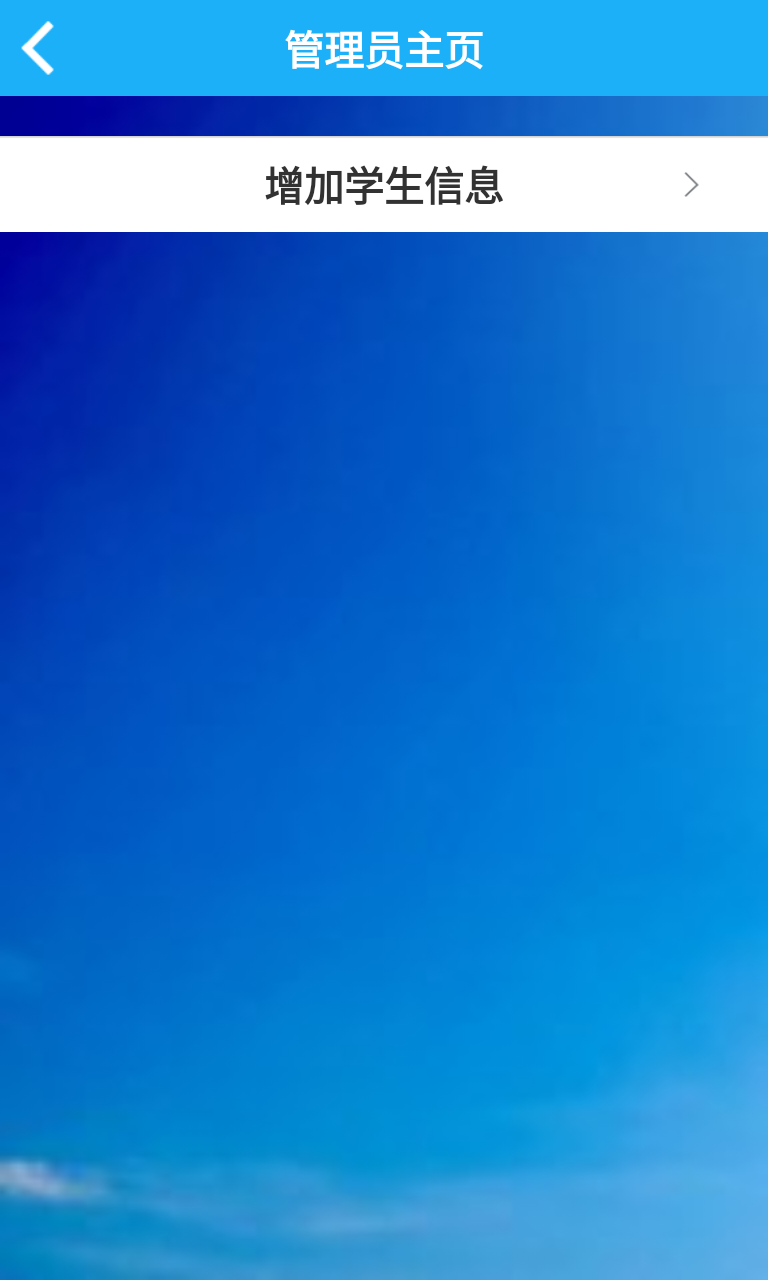
Repository: 15862175370/MyProject
Layout: 毕业设计系统源码_李伟/client/TeachSystem/res/layout/administrator_center.xml
These files come from the project's save history. The layout is drawn as it stood at one moment and after the next save; the edit follows.
It is drawn on a 768 x 1280 px phone screen (xhdpi) without system bars, with theme AppTheme; the app's code is not run.

Above is the layout before, as saved 2016-05-20 07:54:35.

### 毕业设计系统源码_李伟/client/TeachSystem/res/layout/administrator_center.xml
<?xml version="1.0" encoding="utf-8"?>
<LinearLayout xmlns:android="http://schemas.android.com/apk/res/android"
    android:layout_width="match_parent"
    android:layout_height="match_parent"
    android:background="@drawable/ad"
    android:orientation="vertical" >
        <!-- 标题栏 -->

    <RelativeLayout
        android:id="@+id/bjmgf_sdk_dock_pay_center_title_LayoutId"
        android:layout_width="match_parent"
        android:layout_height="48dp"
        android:background="#1bb0f8" >

        <RelativeLayout
            android:id="@+id/bjmgf_sdk_dock_pay_center_closeLlId"
            android:layout_width="wrap_content"
            android:layout_height="wrap_content"
            android:layout_alignParentLeft="true"
            android:layout_centerVertical="true"
            android:paddingBottom="10dp"
            android:paddingLeft="10dp"
            android:paddingRight="20dp"
            android:paddingTop="10dp" >

            <ImageView
                android:id="@+id/bjmgf_sdk_closeAboutBtnId"
                android:layout_width="wrap_content"
                android:layout_height="wrap_content"
                android:layout_centerVertical="true"
                android:src="@drawable/bjmgf_sdk_back" />
        </RelativeLayout>

        <TextView
            android:id="@+id/bjmgf_sdk_messageTextViewId"
            android:layout_width="wrap_content"
            android:layout_height="wrap_content"
            android:layout_centerInParent="true"
            android:gravity="center"
            android:text="管理员主页"
            android:textColor="#ffffff"
            android:textSize="20sp"
            android:textStyle="bold" />
    </RelativeLayout>

    <RelativeLayout
        android:layout_marginTop="20dp"
        android:id="@+id/select"
        android:layout_width="match_parent"
        android:layout_height="48dp"
       android:background="@drawable/username" >

        <RelativeLayout
            android:id="@+id/se"
            android:layout_width="wrap_content"
            android:layout_height="wrap_content"
            android:layout_alignParentRight="true"
            android:layout_centerVertical="true"
            android:paddingBottom="10dp"
            android:paddingLeft="10dp"
            android:paddingRight="20dp"
            android:paddingTop="10dp" >

            <ImageView

                android:layout_width="wrap_content"
                android:layout_height="wrap_content"
                android:layout_centerVertical="true"
                android:src="@drawable/below" />
        </RelativeLayout>

        <TextView
            android:id="@+id/bjmgf_"
            android:layout_width="wrap_content"
            android:layout_height="wrap_content"
            android:layout_centerInParent="true"
            android:gravity="center"
            android:text="增加学生信息"
            android:textSize="20sp"
            android:textStyle="bold" />
    </RelativeLayout>

</LinearLayout>

Loaded but not shown: 毕业设计系统源码_李伟/client/TeachSystem/res/values/styles.xml (common file); 毕业设计系统源码_李伟/client/TeachSystem/res/values-v11/styles.xml (common file); 毕业设计系统源码_李伟/client/TeachSystem/res/values-v14/styles.xml (common file)

After the next save:
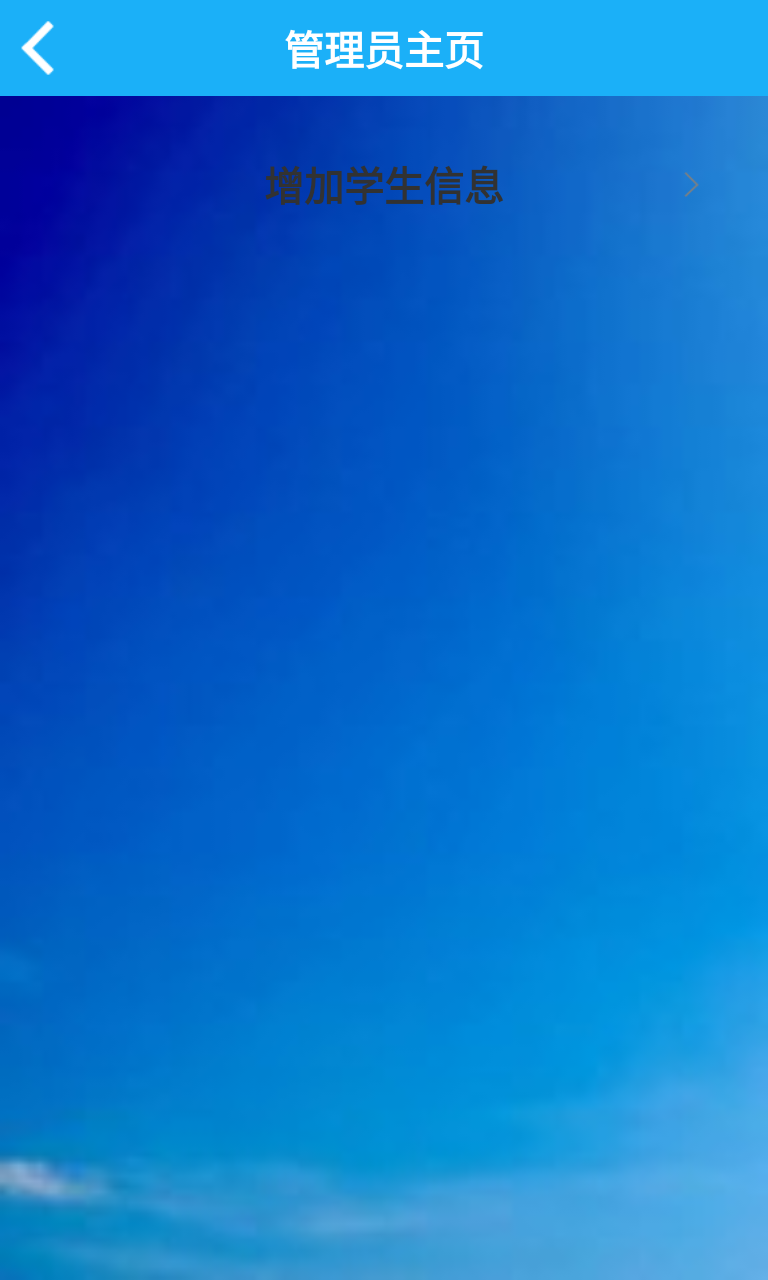
Saved 33 s later.
--- a/毕业设计系统源码_李伟/client/TeachSystem/res/layout/administrator_center.xml
+++ b/毕业设计系统源码_李伟/client/TeachSystem/res/layout/administrator_center.xml
@@ -48,7 +48,7 @@
         android:id="@+id/select"
         android:layout_width="match_parent"
         android:layout_height="48dp"
-       android:background="@drawable/username" >
+      >
 
         <RelativeLayout
             android:id="@+id/se"
